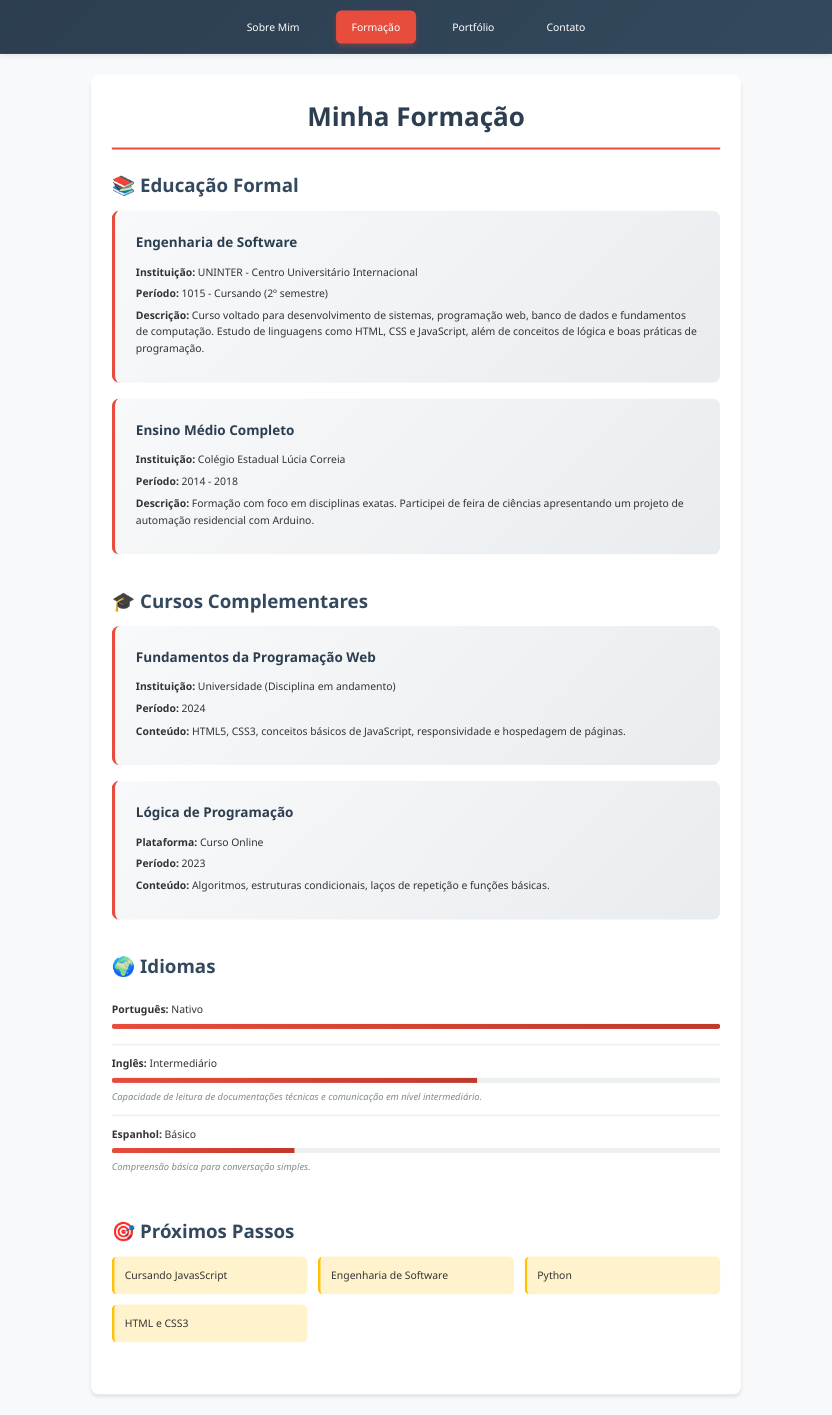
Repository: AnderHonorato/meu-portfolio
Page: formacao.html
These files come from the project's save history. The page is drawn as it stood at one moment and after the next save; the edit follows.
The browser window is 1280 px wide. The pictures show the whole page, at 65% of full size.

Above is the page before, as saved 2025-08-26 20:11:54.

### formacao.html
<!DOCTYPE html>
<html lang="pt-br">
<head>
    <meta charset="UTF-8">
    <meta name="viewport" content="width=device-width, initial-scale=1.0">
    <title>Formação - Ander</title>
    <link rel="stylesheet" href="css/style.css">
</head>
<body>
    <!-- MENU DE NAVEGAÇÃO PADRÃO -->
    <nav class="menu">
        <ul>
            <li><a href="index.html">Sobre Mim</a></li>
            <li><a href="formacao.html" class="ativo">Formação</a></li>
            <li><a href="portfolio.html">Portfólio</a></li>
            <li><a href="contato.html">Contato</a></li>
        </ul>
    </nav>

    <!-- CONTEÚDO DA PÁGINA DE FORMAÇÃO -->
    <main class="conteudo">
        <h1>Minha Formação</h1>

        <!-- EDUCAÇÃO FORMAL -->
        <div class="formacao-secao">
            <h2>📚 Educação Formal</h2>

            <div class="item-formacao">
                <h3>Engenharia de Software</h3>
                <p><strong>Instituição:</strong> UNINTER - Centro Universitário Internacional</p>
                <p><strong>Período:</strong> 1015 - Cursando (2º semestre)</p>
                <p><strong>Descrição:</strong> Curso voltado para desenvolvimento de sistemas, programação web, banco de dados e fundamentos de computação. Estudo de linguagens como HTML, CSS e JavaScript, além de conceitos de lógica e boas práticas de programação.</p>
            </div>

            <div class="item-formacao">
                <h3>Ensino Médio Completo</h3>
                <p><strong>Instituição:</strong> Colégio Estadual Lúcia Correia</p>
                <p><strong>Período:</strong> 2014 - 2018</p>
                <p><strong>Descrição:</strong> Formação com foco em disciplinas exatas. Participei de feira de ciências apresentando um projeto de automação residencial com Arduino.</p>
            </div>
        </div>

        <!-- CURSOS COMPLEMENTARES -->
        <div class="formacao-secao">
            <h2>🎓 Cursos Complementares</h2>

            <div class="item-formacao">
                <h3>Fundamentos da Programação Web</h3>
                <p><strong>Instituição:</strong> Universidade (Disciplina em andamento)</p>
                <p><strong>Período:</strong> 2024</p>
                <p><strong>Conteúdo:</strong> HTML5, CSS3, conceitos básicos de JavaScript, responsividade e hospedagem de páginas.</p>
            </div>

            <div class="item-formacao">
                <h3>Lógica de Programação</h3>
                <p><strong>Plataforma:</strong> Curso Online</p>
                <p><strong>Período:</strong> 2023</p>
                <p><strong>Conteúdo:</strong> Algoritmos, estruturas condicionais, laços de repetição e funções básicas.</p>
            </div>
        </div>

        <!-- IDIOMAS -->
        <div class="formacao-secao">
            <h2>🌍 Idiomas</h2>

            <ul class="lista-idiomas">
                <li>
                    <strong>Português:</strong> Nativo
                    <div class="nivel-idioma">
                        <div class="barra-progresso">
                            <div class="progresso" style="width: 100%"></div>
                        </div>
                    </div>
                </li>

                <li>
                    <strong>Inglês:</strong> Intermediário
                    <div class="nivel-idioma">
                        <div class="barra-progresso">
                            <div class="progresso" style="width: 60%"></div>
                        </div>
                        <span class="descricao-nivel">Capacidade de leitura de documentações técnicas e comunicação em nível intermediário.</span>
                    </div>
                </li>

                <li>
                    <strong>Espanhol:</strong> Básico
                    <div class="nivel-idioma">
                        <div class="barra-progresso">
                            <div class="progresso" style="width: 30%"></div>
                        </div>
                        <span class="descricao-nivel">Compreensão básica para conversação simples.</span>
                    </div>
                </li>
            </ul>
        </div>

        <!-- PRÓXIMOS PASSOS -->
        <div class="formacao-secao">
            <h2>🎯 Próximos Passos</h2>
            <div class="proximos-estudos">
                <ul>
                    <li>Cursando JavasScript</li>
                    <li>Engenharia de Software</li>
                    <li>Python</li>
                    <li>HTML e CSS3</li>
                </ul>
            </div>
        </div>
    </main>
</body>
</html>

### css/style.css
/* Reset básico e configurações globais */
* {
    margin: 0;
    padding: 0;
    box-sizing: border-box;
}

/* Configurações do corpo da página */
body {
    font-family: 'Segoe UI', Tahoma, Geneva, Verdana, sans-serif;
    line-height: 1.6;
    color: #333;
    background-color: #f8f9fa;
}

/* Menu de navegação - SEMPRE VISÍVEL */
.menu {
    background: linear-gradient(135deg, #2c3e50, #34495e);
    padding: 1rem 0;
    position: sticky; /* Menu fica fixo no topo ao rolar */
    top: 0;
    z-index: 1000; /* Garante que fica por cima de outros elementos */
    box-shadow: 0 2px 10px rgba(0,0,0,0.1);
}

.menu ul {
    list-style: none;
    display: flex;
    justify-content: center;
    gap: 2rem;
    max-width: 1200px;
    margin: 0 auto;
    padding: 0 1rem;
}

.menu a {
    color: white;
    text-decoration: none;
    padding: 0.8rem 1.5rem;
    border-radius: 8px;
    transition: all 0.3s ease;
    display: block;
    font-weight: 500;
}

.menu a:hover {
    background-color: rgba(255, 255, 255, 0.1);
    transform: translateY(-2px);
}

.menu a.ativo {
    background-color: #e74c3c;
    box-shadow: 0 4px 8px rgba(231, 76, 60, 0.3);
}

/* Conteúdo principal */
.conteudo {
    max-width: 1000px;
    margin: 2rem auto;
    padding: 0 1rem;
    background-color: white;
    border-radius: 12px;
    box-shadow: 0 4px 6px rgba(0,0,0,0.1);
    padding: 2rem;
}

.conteudo h1 {
    color: #2c3e50;
    margin-bottom: 1.5rem;
    text-align: center;
    font-size: 2.5rem;
    border-bottom: 3px solid #e74c3c;
    padding-bottom: 1rem;
}

.conteudo h2 {
    color: #34495e;
    margin: 2rem 0 1rem 0;
    font-size: 1.8rem;
}

/* === ESTILOS PÁGINA SOBRE MIM === */
.sobre-container {
    display: grid;
    grid-template-columns: 250px 1fr;
    gap: 2rem;
    margin-top: 2rem;
}

.foto-perfil {
    text-align: center;
}

.placeholder-foto {
    width: 200px;
    height: 200px;
    border-radius: 50%;
    background: linear-gradient(135deg, #e74c3c, #c0392b);
    display: flex;
    align-items: center;
    justify-content: center;
    color: white;
    font-weight: bold;
    margin: 0 auto;
    box-shadow: 0 8px 16px rgba(231, 76, 60, 0.3);
}

.foto-perfil img {
    width: 200px;
    height: 200px;
    border-radius: 50%;
    object-fit: cover;
    box-shadow: 0 8px 16px rgba(0,0,0,0.2);
}

.texto-sobre {
    flex: 1;
}

.texto-sobre p {
    margin-bottom: 1rem;
    text-align: justify;
    font-size: 1.1rem;
}

.lista-hobbies {
    list-style: none;
    margin: 1rem 0;
}

.lista-hobbies li {
    padding: 0.5rem 0;
    font-size: 1.1rem;
    border-bottom: 1px solid #eee;
    transition: all 0.3s ease;
}

.lista-hobbies li:hover {
    background-color: #f8f9fa;
    padding-left: 1rem;
    border-left: 4px solid #e74c3c;
}

.info-adicional {
    margin-top: 3rem;
    padding: 2rem;
    background: linear-gradient(135deg, #ecf0f1, #bdc3c7);
    border-radius: 12px;
}

/* === ESTILOS PÁGINA FORMAÇÃO === */
.formacao-secao {
    margin-bottom: 3rem;
}

.item-formacao {
    background: linear-gradient(135deg, #f8f9fa, #e9ecef);
    padding: 2rem;
    border-radius: 12px;
    margin-bottom: 1.5rem;
    border-left: 5px solid #e74c3c;
    transition: transform 0.3s ease;
}

.item-formacao:hover {
    transform: translateY(-5px);
    box-shadow: 0 8px 16px rgba(0,0,0,0.1);
}

.item-formacao h3 {
    color: #2c3e50;
    margin-bottom: 1rem;
    font-size: 1.3rem;
}

.item-formacao p {
    margin-bottom: 0.5rem;
}

.lista-idiomas {
    list-style: none;
}

.lista-idiomas li {
    padding: 1rem 0;
    border-bottom: 1px solid #ddd;
}

.lista-idiomas li:last-child {
    border-bottom: none;
}

.nivel-idioma {
    margin-top: 0.5rem;
}

.barra-progresso {
    width: 100%;
    height: 8px;
    background-color: #ecf0f1;
    border-radius: 4px;
    overflow: hidden;
    margin: 0.5rem 0;
}

.progresso {
    height: 100%;
    background: linear-gradient(90deg, #e74c3c, #c0392b);
    transition: width 0.3s ease;
}

.descricao-nivel {
    font-size: 0.9rem;
    color: #7f8c8d;
    font-style: italic;
}

.proximos-estudos ul {
    list-style: none;
    display: grid;
    grid-template-columns: repeat(auto-fit, minmax(250px, 1fr));
    gap: 1rem;
}

.proximos-estudos li {
    background-color: #fff3cd;
    padding: 1rem;
    border-radius: 8px;
    border-left: 4px solid #ffc107;
    font-weight: 500;
}

/* === ESTILOS PÁGINA PORTFÓLIO === */
.intro-portfolio {
    text-align: center;
    font-size: 1.2rem;
    margin-bottom: 2rem;
    padding: 1rem;
    background-color: #f8f9fa;
    border-radius: 8px;
    border-left: 4px solid #e74c3c;
}

.projetos-grid {
    display: grid;
    grid-template-columns: repeat(auto-fit, minmax(350px, 1fr));
    gap: 2rem;
    margin-bottom: 3rem;
}

.projeto-item {
    background: linear-gradient(135deg, #ffffff, #f8f9fa);
    padding: 2rem;
    border-radius: 12px;
    box-shadow: 0 4px 8px rgba(0,0,0,0.1);
    transition: all 0.3s ease;
    border-top: 4px solid #e74c3c;
}

.projeto-item:hover {
    transform: translateY(-8px);
    box-shadow: 0 12px 24px rgba(0,0,0,0.15);
}

.projeto-item h3 {
    color: #2c3e50;
    margin-bottom: 1rem;
    font-size: 1.4rem;
}

.tags-projeto {
    margin-bottom: 1rem;
}

.tag {
    display: inline-block;
    background: linear-gradient(135deg, #e74c3c, #c0392b);
    color: white;
    padding: 0.3rem 0.8rem;
    border-radius: 20px;
    font-size: 0.8rem;
    margin-right: 0.5rem;
    font-weight: 500;
}

.projeto-detalhes {
    margin: 1rem 0;
    padding: 1rem;
    background-color: #f8f9fa;
    border-radius: 8px;
}

.projeto-detalhes p {
    margin-bottom: 0.5rem;
    font-size: 0.9rem;
}

.btn-projeto {
    display: inline-block;
    background: linear-gradient(135deg, #3498db, #2980b9);
    color: white;
    padding: 0.8rem 1.5rem;
    text-decoration: none;
    border-radius: 8px;
    transition: all 0.3s ease;
    font-weight: 500;
}

.btn-projeto:hover {
    transform: translateY(-2px);
    box-shadow: 0 4px 8px rgba(52, 152, 219, 0.3);
}

/* Habilidades técnicas */
.habilidades-secao {
    margin-top: 3rem;
    padding: 2rem;
    background: linear-gradient(135deg, #ecf0f1, #bdc3c7);
    border-radius: 12px;
}

.habilidades-grid {
    display: grid;
    grid-template-columns: repeat(auto-fit, minmax(250px, 1fr));
    gap: 1.5rem;
    margin-top: 1rem;
}

.habilidade-item {
    background-color: white;
    padding: 1.5rem;
    border-radius: 8px;
    box-shadow: 0 2px 4px rgba(0,0,0,0.1);
}

.habilidade-item h4 {
    color: #2c3e50;
    margin-bottom: 1rem;
    font-size: 1.1rem;
}

.nivel-habilidade {
    display: flex;
    align-items: center;
    gap: 1rem;
}

.barra-habilidade {
    flex: 1;
    height: 8px;
    background-color: #ecf0f1;
    border-radius: 4px;
    overflow: hidden;
}

.progresso-habilidade {
    height: 100%;
    background: linear-gradient(90deg, #27ae60, #2ecc71);
    transition: width 0.3s ease;
}

.estudos-atuais {
    margin-top: 2rem;
    padding: 2rem;
    background-color: #e8f5e8;
    border-radius: 12px;
    border-left: 5px solid #27ae60;
}

.lista-estudos {
    list-style: none;
    display: grid;
    grid-template-columns: repeat(auto-fit, minmax(300px, 1fr));
    gap: 1rem;
}

.lista-estudos li {
    padding: 1rem;
    background-color: white;
    border-radius: 8px;
    box-shadow: 0 2px 4px rgba(0,0,0,0.1);
    transition: transform 0.3s ease;
}

.lista-estudos li:hover {
    transform: translateX(10px);
}

/* === ESTILOS PÁGINA CONTATO === */
.intro-contato {
    text-align: center;
    font-size: 1.2rem;
    margin-bottom: 2rem;
    padding: 1rem;
    background: linear-gradient(135deg, #d4edda, #c3e6cb);
    border-radius: 8px;
    border-left: 4px solid #28a745;
}

.contato-container {
    display: grid;
    grid-template-columns: 2fr 1fr;
    gap: 3rem;
    margin-top: 2rem;
}

.formulario-contato {
    background-color: #f8f9fa;
    padding: 2rem;
    border-radius: 12px;
    box-shadow: 0 4px 8px rgba(0,0,0,0.1);
}

.formulario-contato h2 {
    color: #2c3e50;
    margin-bottom: 1.5rem;
    text-align: center;
}

.form-contato {
    display: flex;
    flex-direction: column;
    gap: 1.5rem;
}

.campo {
    display: flex;
    flex-direction: column;
}

.campo.checkbox {
    flex-direction: row;
    align-items: center;
    gap: 0.5rem;
}

.campo.checkbox input {
    width: auto;
}

.campo label {
    margin-bottom: 0.5rem;
    font-weight: 600;
    color: #2c3e50;
}

.campo input,
.campo textarea,
.campo select {
    padding: 0.8rem;
    border: 2px solid #ddd;
    border-radius: 8px;
    font-size: 1rem;
    transition: border-color 0.3s ease;
    font-family: inherit;
}

.campo input:focus,
.campo textarea:focus,
.campo select:focus {
    outline: none;
    border-color: #e74c3c;
    box-shadow: 0 0 0 3px rgba(231, 76, 60, 0.1);
}

.btn-enviar {
    background: linear-gradient(135deg, #e74c3c, #c0392b);
    color: white;
    padding: 1rem 2rem;
    border: none;
    border-radius: 8px;
    cursor: pointer;
    font-size: 1.1rem;
    font-weight: 600;
    transition: all 0.3s ease;
}

.btn-enviar:hover {
    transform: translateY(-2px);
    box-shadow: 0 4px 8px rgba(231, 76, 60, 0.3);
}

.mensagem-retorno {
    margin-top: 1rem;
    padding: 1rem;
    background-color: #d4edda;
    border: 1px solid #c3e6cb;
    border-radius: 8px;
    color: #155724;
    text-align: center;
    font-weight: 500;
}

/* Informações de contato */
.info-contato {
    background-color: white;
    padding: 2rem;
    border-radius: 12px;
    box-shadow: 0 4px 8px rgba(0,0,0,0.1);
    height: fit-content;
}

.info-contato h2 {
    color: #2c3e50;
    margin-bottom: 1.5rem;
    text-align: center;
}

.contato-item {
    margin-bottom: 2rem;
    padding: 1rem;
    background-color: #f8f9fa;
    border-radius: 8px;
    border-left: 4px solid #3498db;
}

.contato-item h3 {
    color: #2c3e50;
    margin-bottom: 0.5rem;
    font-size: 1.1rem;
}

.contato-item p {
    font-weight: 600;
    color: #34495e;
    margin-bottom: 0.3rem;
}

.contato-item small {
    color: #7f8c8d;
    font-style: italic;
}

.disponibilidade {
    padding: 1rem;
    background: linear-gradient(135deg, #fff3cd, #ffeaa7);
    border-radius: 8px;
    border-left: 4px solid #ffc107;
}

.disponibilidade h3 {
    color: #2c3e50;
    margin-bottom: 1rem;
}

.disponibilidade ul {
    list-style: none;
}

.disponibilidade li {
    padding: 0.3rem 0;
    color: #856404;
}

/* Dicas de contato */
.dicas-contato {
    margin-top: 3rem;
    padding: 2rem;
    background: linear-gradient(135deg, #e8f4fd, #d1ecf1);
    border-radius: 12px;
}

.dicas-grid {
    display: grid;
    grid-template-columns: repeat(auto-fit, minmax(250px, 1fr));
    gap: 1.5rem;
    margin-top: 1rem;
}

.dica-item {
    background-color: white;
    padding: 1.5rem;
    border-radius: 8px;
    box-shadow: 0 2px 4px rgba(0,0,0,0.1);
    transition: transform 0.3s ease;
}

.dica-item:hover {
    transform: translateY(-5px);
}

.dica-item h4 {
    color: #2c3e50;
    margin-bottom: 1rem;
}

.dica-item p {
    color: #34495e;
    font-size: 0.9rem;
}

/* === RESPONSIVIDADE === */
@media (max-width: 768px) {
    /* Menu responsivo */
    .menu ul {
        flex-wrap: wrap;
        gap: 0.5rem;
        justify-content: center;
    }

    .menu a {
        padding: 0.6rem 1rem;
        font-size: 0.9rem;
    }

    /* Conteúdo */
    .conteudo {
        margin: 1rem;
        padding: 1.5rem;
    }

    .conteudo h1 {
        font-size: 2rem;
    }

    /* Sobre mim responsivo */
    .sobre-container {
        grid-template-columns: 1fr;
        text-align: center;
        gap: 1.5rem;
    }

    /* Formação responsiva */
    .item-formacao {
        padding: 1.5rem;
    }

    /* Portfólio responsivo */
    .projetos-grid {
        grid-template-columns: 1fr;
        gap: 1.5rem;
    }

    .habilidades-grid {
        grid-template-columns: 1fr;
    }

    /* Contato responsivo */
    .contato-container {
        grid-template-columns: 1fr;
        gap: 2rem;
    }

    .dicas-grid {
        grid-template-columns: 1fr;
    }
}

@media (max-width: 480px) {
    .conteudo {
        padding: 1rem;
    }

    .conteudo h1 {
        font-size: 1.8rem;
    }

    .menu ul {
        flex-direction: column;
        gap: 0.3rem;
    }

    .projeto-item,
    .item-formacao,
    .formulario-contato {
        padding: 1rem;
    }
}

/* Animações e efeitos especiais */
@keyframes slideInUp {
    from {
        opacity: 0;
        transform: translateY(30px);
    }
    to {
        opacity: 1;
        transform: translateY(0);
    }
}

.conteudo {
    animation: slideInUp 0.6s ease-out;
}

/* Scroll suave */
html {
    scroll-behavior: smooth;
}

After the next save:
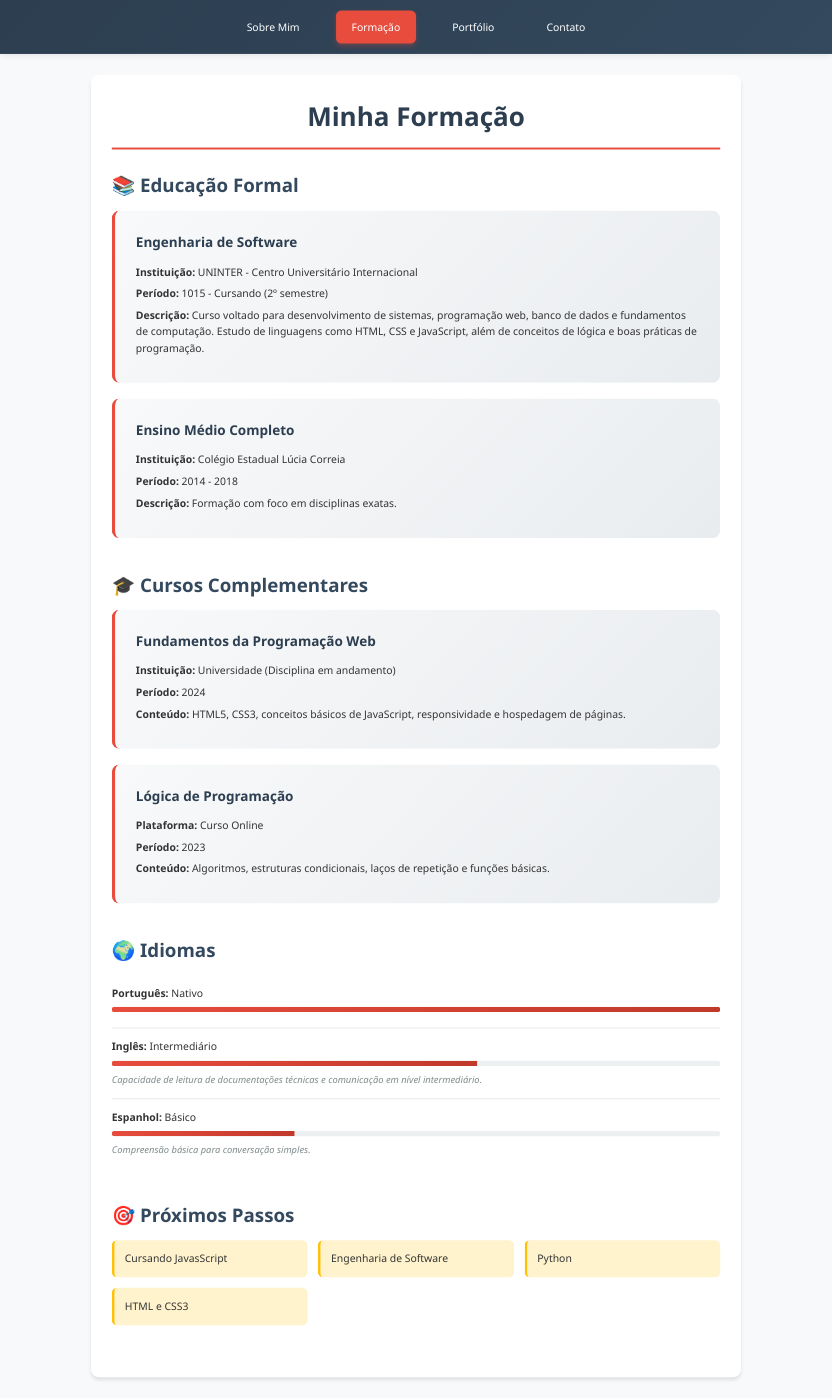
Saved 37 s later.
--- a/formacao.html
+++ b/formacao.html
@@ -36,7 +36,7 @@
                 <h3>Ensino Médio Completo</h3>
                 <p><strong>Instituição:</strong> Colégio Estadual Lúcia Correia</p>
                 <p><strong>Período:</strong> 2014 - 2018</p>
-                <p><strong>Descrição:</strong> Formação com foco em disciplinas exatas. Participei de feira de ciências apresentando um projeto de automação residencial com Arduino.</p>
+                <p><strong>Descrição:</strong> Formação com foco em disciplinas exatas.</p>
             </div>
         </div>
 
